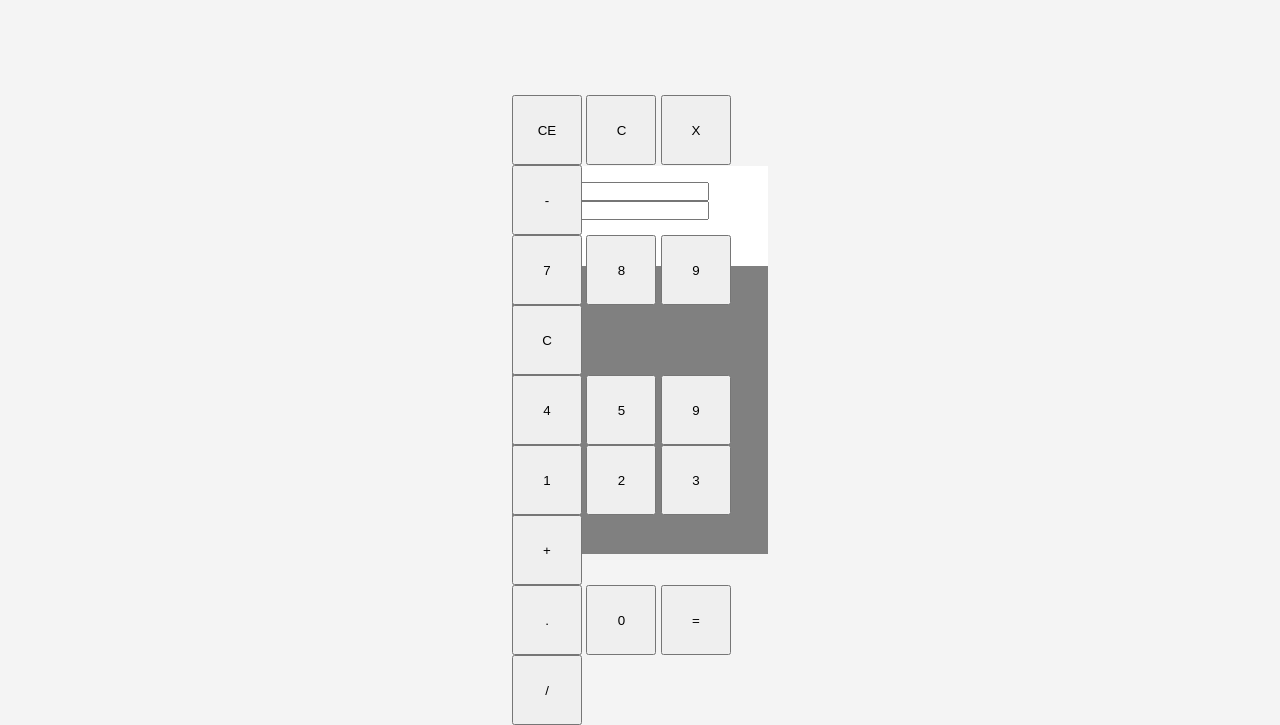
Repository: DNature/calc
Page: index.html
These files come from the project's save history. The page is drawn as it stood at one moment and after the next save; the edit follows.
The browser window is 1280 px wide. The pictures show the whole page.

Above is the page before, as saved 2019-11-20 23:28:40.

After the next save:
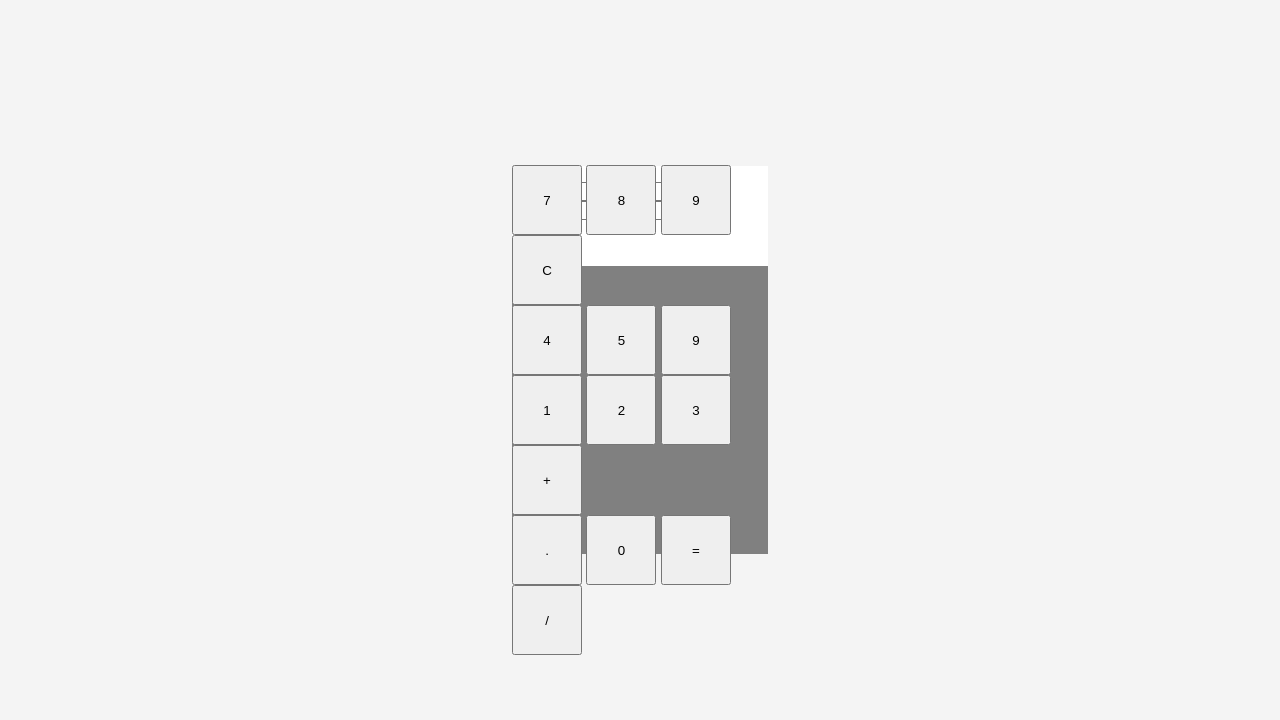
Saved 62 s later.
--- a/index.html
+++ b/index.html
@@ -15,12 +15,6 @@
       </div>
 
       <div class="inputs">
-        <div class="row">
-          <button id="" class="button">CE</button>
-          <button id="" class="button">C</button>
-          <button id="" class="button">X</button>
-          <button id="" class="button">-</button>
-        </div>
         <div class="row">
           <button id="" class="button">7</button>
           <button id="" class="button">8</button>
